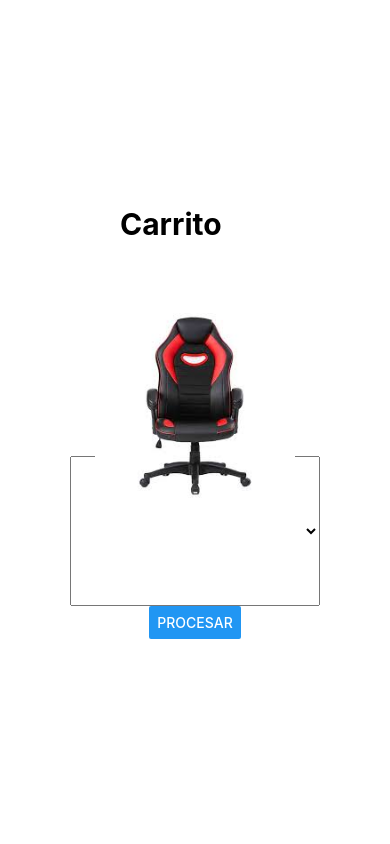
Repository: oscaredu1998/compras
Screen: / (app in frontend/)
An editor plug-in stored every save of this project. The screen is shown before and after the next save, followed by the edit.
The app was drawn by React Native's web renderer in a window 390 px wide. The project was rebuilt for these pictures with package versions that can differ from the ones it lists, and the page was loaded fresh each time.

Above is the screen before, as saved 2020-02-21 18:19:21.

After the next save:
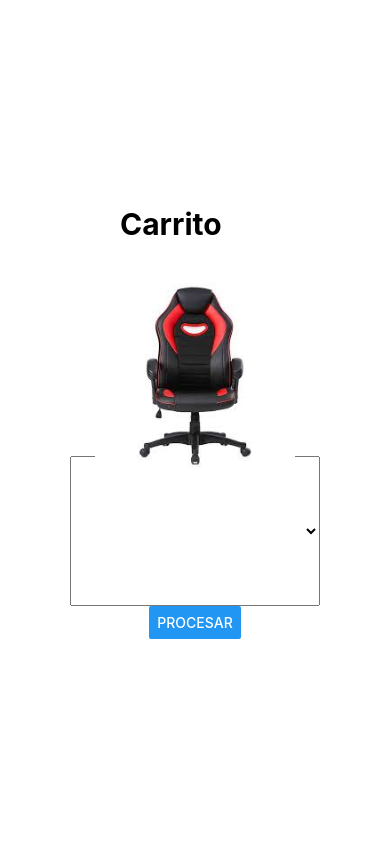
Saved 11 s later.
--- a/frontend/App.js
+++ b/frontend/App.js
@@ -30,7 +30,7 @@ export default class App extends Component {
       <View style={styles.container}>
         <Text style={{width: 150, height: 50, fontSize: 30, fontWeight: 'bold'}}>Carrito </Text>
         <Image
-            style={{width: 200, height: 200, top: 50}}
+            style={{width: 200, height: 200, top: 20}}
             source={require('./assets/images.jpg')}
           />
         <Picker style={{ height: 150, width: 250 }} onValueChange={this.handleSelect}>
